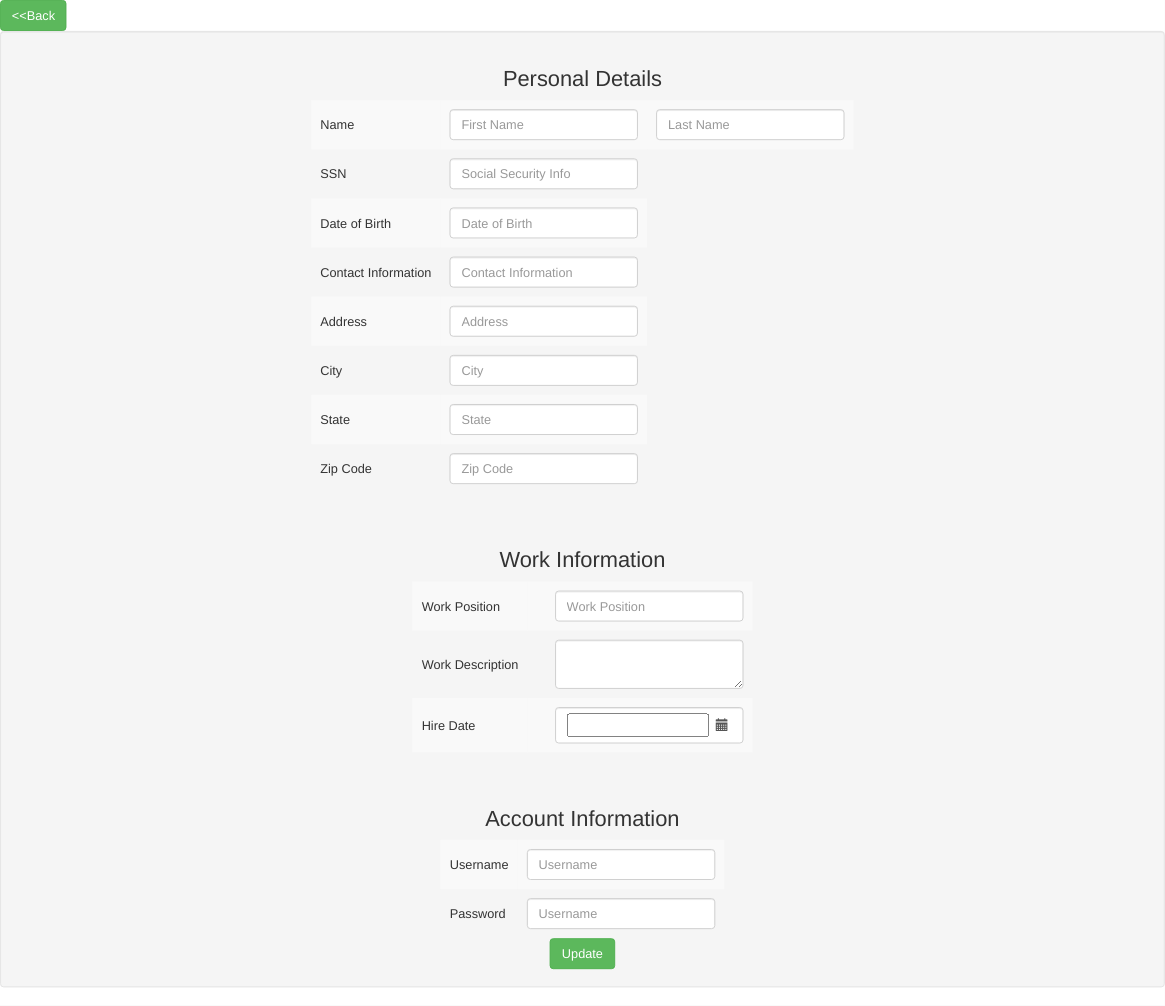
Repository: harshadrane89/CMPE273-WebService-AirlineManagement
Page: http://localhost/AirlineManagementSystemClient/TwitterGUI/ModifyEmployee.jsp
The author's editor kept a copy of each file at every save. The page is drawn from the files as they stood at one save, then again after the next save.
The browser window is 1280 px wide. The pictures show the whole page, at 91% of full size.
The page is served by Tomcat 9. Other server files are loaded and not shown.

Above is the page before, as saved 2013-12-08 10:52:01.

### 273_Project_Tomcat/AirlineManagementSystemClient/WebContent/TwitterGUI/ModifyEmployee.jsp
<%@page import="com.airlinemgmt.beans.AirlineEmployee"%>
<%@ page language="java" contentType="text/html; charset=ISO-8859-1"
	pageEncoding="ISO-8859-1"%>
<!DOCTYPE html PUBLIC "-//W3C//DTD HTML 4.01 Transitional//EN" "http://www.w3.org/TR/html4/loose.dtd">
<html>
<head>
<meta http-equiv="Content-Type" content="text/html; charset=ISO-8859-1">
<title></title>
<link href="../css/bootstrap.min.css" rel="stylesheet" media="screen">
</head>
<body>
<form action="../CustomerNavigator" method="get"><input type="submit" value="<<Back" class="btn btn-success"> </form>
	<form action="../EmployeeProcessor" method="get" class="well">
	<%
	AirlineEmployee emp=new AirlineEmployee();
	if (session.getAttribute("empObj")!=null)
	{
		emp=(AirlineEmployee)session.getAttribute("empObj");
	}
		%>
		<center>
			<h3>Personal Details</h3>

			<table cellpadding="10px" cellspacing="10px" class="table-striped">
				<tr>
					<td>Name</td>
					<td><input type="text" placeholder="First Name" name="fName"
						value="<%=emp.getfName()!=null?emp.getfName():""%>" class="form-control"></td>
					<td><input type="text" placeholder="Last Name" name="lName"
						value="<%=emp.getlName()!=null?emp.getlName():""%>" class="form-control"></td>
				</tr>
				<tr>
					<td>SSN</td>
					<td><input type="text" placeholder="Social Security Info"
						name="ssn" value="<%=emp.getSSN()!=null?emp.getSSN():""%>" class="form-control"></td>
				</tr>
				<tr>
					<td>Date of Birth</td>
					<td><input type="text" placeholder="Date of Birth" name="dob" value="<%=emp.getDob()!=null?emp.getDob():""%>" class="form-control">
					</td>
				</tr>
				<tr>
					<td>Contact Information</td>
					<td><input type="text" placeholder="Contact Information"
						name="cInfo" value="<%=emp.getContactNo()!=null?emp.getContactNo():""%>" class="form-control"></td>
				</tr>
				<tr>
					<td>Address</td>
					<td><input type="text" placeholder="Address" name="address" value="<%=emp.getAddress()!=null?emp.getAddress():""%>" class="form-control">
					</td>
				</tr>
				<tr>
					<td>City</td>
					<td><input type="text" placeholder="City" name="city" value="<%=emp.getCity()!=null?emp.getCity():""%>" class="form-control">
					</td>
				</tr>
				<tr>
					<td>State</td>
					<td><input type="text" placeholder="State" name="state" value="<%=emp.getState()!=null?emp.getState():""%>" class="form-control">
					</td>
				</tr>
				<tr>
					<td>Zip Code</td>
					<td><input type="text" placeholder="Zip Code" name="zip" value="<%=emp.getZipCode()!=null?emp.getZipCode():""%>" class="form-control">
					</td>
				</tr>
			</table>

	</center>
	<br>
	<br>

	<center>
		<h3>Work Information</h3>
		<table cellpadding="10px" cellspacing="10px" class="table-striped">
			<tr>
				<td>Work Position</td>
				<td>
				<td>
				<input type="text" placeholder="Work Position" name="wTitle" value="<%=emp.getPosition()!=null?emp.getPosition():""%>" class="form-control">
				</td>
			</tr>
			<tr>
				<td>Work Description</td>
				<td>
				<td><textarea placeholder="Work Description" name="wDesc"  value="<%=emp.getWorkDesc()!=null?emp.getWorkDesc():""%>" class="form-control">
					</textarea></td>
			</tr>
			<tr>
				<td>Hire Date</td>
				<td>
				<td>
					<div class="input-append date input-group form-control" id="dp1"
							data-date="12-07-2012" data-date-format="mm-dd-yyyy">
							<input class="span2" name="dob" size="16" type="text"
								value="<%=emp.getHireDate() != null ? emp.getHireDate() : ""%>" readonly> &nbsp;<span
								class="add-on glyphicon glyphicon-calendar" required="true"></span>
						</div>
				</td>
			</tr>

		</table>
	</center>
	<br>
	<br>

	<center>
		<h3>Account Information</h3>
		<table cellpadding="10px" cells-spacing="10px" class="table-striped" class=" form-control">
			<tr>
				<td>
					Username
				</td>
				<td>
					<input type="text" placeholder="Username" name="uName" value="<%=emp.getUserName()!=null?emp.getUserName():""%>" class="form-control">
				</td>
			</tr>
			<tr>
				<td>
					Password
				</td>
				<td>
					<input type="password" placeholder="Username" name="uPasswd" value="<%=emp.getPassword()!=null?emp.getPassword():""%>" class="form-control">
				</td>
			</tr>
		</table>
		<input type="submit" value="Update" class="btn btn-success">
	</center>

	</form>
</body>
</html>

### 273_Project_Tomcat/AirlineManagementSystemClient/src/com/airlinemgmt/beans/Person.java
package com.airlinemgmt.beans;

import java.io.Serializable;

public class Person implements Serializable{

	/**
	 *
	 */
	private static final long serialVersionUID = 1L;
	private int personId;
	private String fName;
	private String lName;
	private String address;
	private String city;
	private String state;
	private String zipCode;
	private String dob;
	private int isActive;
	private String roleId;
	private String contactNo;
	private String password;
	private String userName;

	public String getPassword() {
		return password;
	}
	public void setPassword(String password) {
		this.password = password;
	}
	public String getUserName() {
		return userName;
	}
	public void setUserName(String username) {
		this.userName = username;
	}
	public String getContactNo() {
		return contactNo;
	}
	public void setContactNo(String contactNo) {
		this.contactNo = contactNo;
	}
	public int getPersonId() {
		return personId;
	}
	public void setPersonId(int personId) {
		this.personId = personId;
	}
	public String getfName() {
		return fName;
	}
	public void setfName(String fName) {
		this.fName = fName;
	}
	public String getlName() {
		return lName;
	}
	public void setlName(String lName) {
		this.lName = lName;
	}
	public String getAddress() {
		return address;
	}
	public void setAddress(String address) {
		this.address = address;
	}
	public String getCity() {
		return city;
	}
	public void setCity(String city) {
		this.city = city;
	}
	public String getState() {
		return state;
	}
	public void setState(String state) {
		this.state = state;
	}
	public String getZipCode() {
		return zipCode;
	}
	public void setZipCode(String zipCode) {
		this.zipCode = zipCode;
	}
	public String getDob() {
		return dob;
	}
	public void setDob(String dob) {
		this.dob = dob;
	}
	public int getIsActive() {
		return isActive;
	}
	public void setIsActive(int isActive) {
		this.isActive = isActive;
	}
	public String getRoleId() {
		return roleId;
	}
	public void setRoleId(String roleId) {
		this.roleId = roleId;
	}


}

### 273_Project_Tomcat/AirlineManagementSystemClient/src/com/airlinemgmt/beans/AirlineEmployee.java
package com.airlinemgmt.beans;

import java.io.Serializable;

public class AirlineEmployee extends Person implements Serializable {

	/**
	 *
	 */
	private static final long serialVersionUID = 1L;
	private String empId;
	private String workDesc;
	private String hireDate;
	private String position;
	private String SSN;

	public String getSSN() {
		return SSN;
	}

	public void setSSN(String sSN) {
		SSN = sSN;
	}

	public String getEmpId() {
		return empId;
	}

	public void setEmpId(String empId) {
		this.empId = empId;
	}

	public String getWorkDesc() {
		return workDesc;
	}

	public void setWorkDesc(String workDesc) {
		this.workDesc = workDesc;
	}

	public String getHireDate() {
		return hireDate;
	}

	public void setHireDate(String hireDate) {
		this.hireDate = hireDate;
	}

	public String getPosition() {
		return position;
	}

	public void setPosition(String position) {
		this.position = position;
	}

}

Loaded but not shown: 273_Project_Tomcat/AirlineManagementSystemClient/WebContent/css/bootstrap.min.css (library)

After the next save:
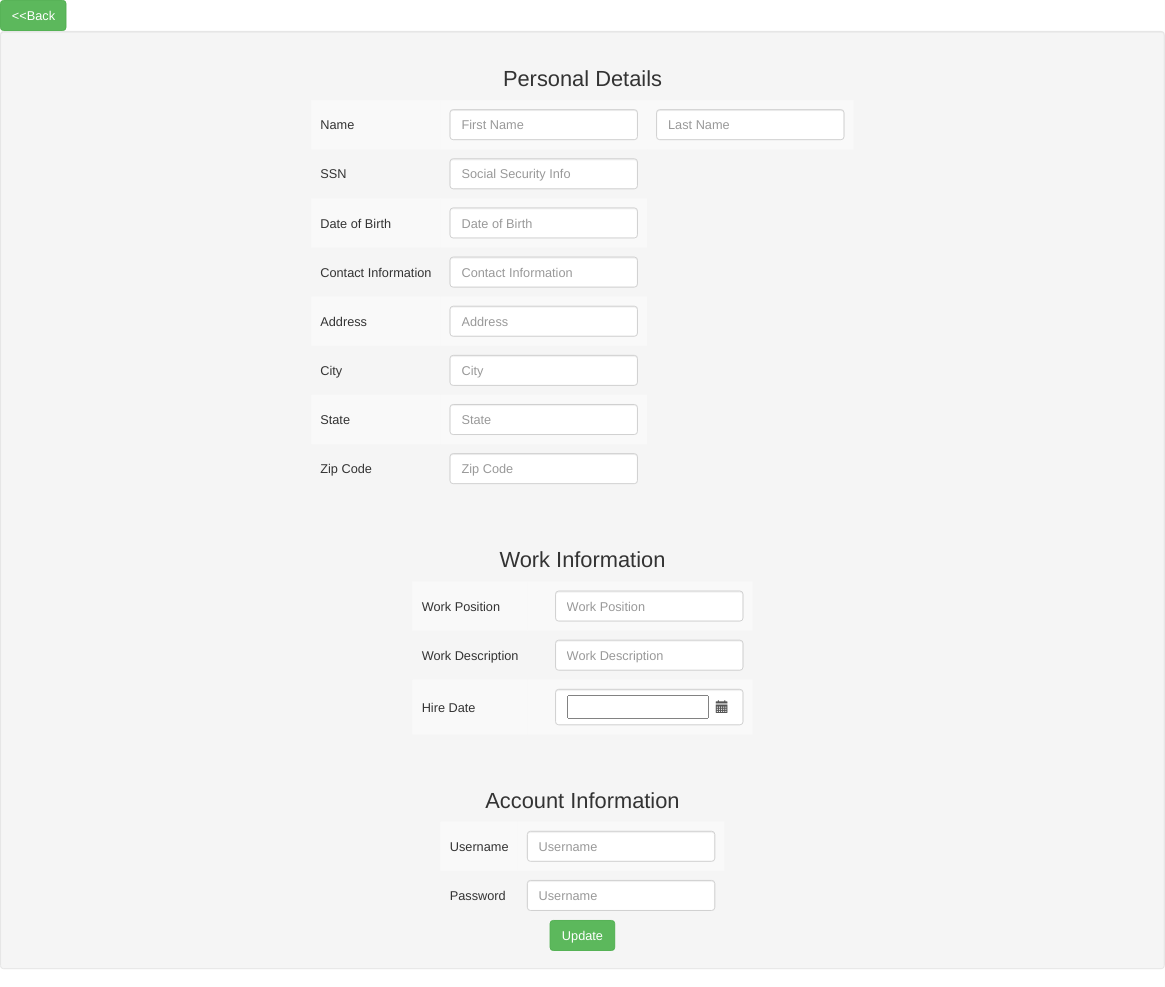
Saved 33 s later.
--- a/273_Project_Tomcat/AirlineManagementSystemClient/WebContent/TwitterGUI/ModifyEmployee.jsp
+++ b/273_Project_Tomcat/AirlineManagementSystemClient/WebContent/TwitterGUI/ModifyEmployee.jsp
@@ -83,7 +83,7 @@
 			<tr>
 				<td>Work Description</td>
 				<td>
-				<td><textarea placeholder="Work Description" name="wDesc"  value="<%=emp.getWorkDesc()!=null?emp.getWorkDesc():""%>" class="form-control">
+				<td><input type="text" placeholder="Work Description" name="wDesc"  value="<%=emp.getWorkDesc()!=null?emp.getWorkDesc():""%>" class="form-control">
 					</textarea></td>
 			</tr>
 			<tr>
